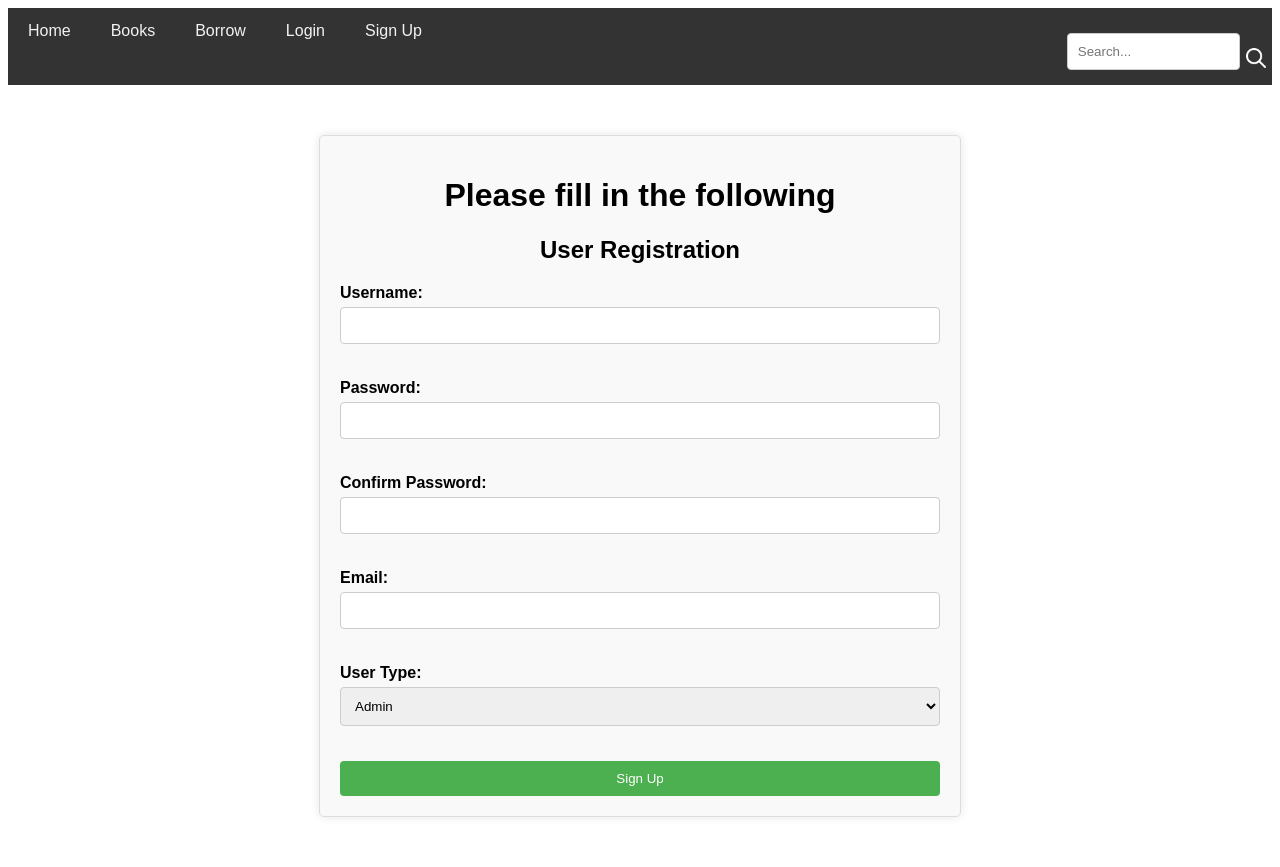
Repository: fadyesk12/Web-Technology-Course-Project
Page: auth/signup.html
These files come from the project's save history. The page is drawn as it stood at one moment and after a run of saves; the edit follows.
The browser window is 1280 px wide. The pictures show the whole page.

Above is the page before, as saved 2024-04-20 03:08:25.

### auth/signup.html
<!DOCTYPE html>
<html lang="en">
     <head>
       <meta charset="UTF-8">
       <meta name="viewport" content="width=device-width, initial-scale=1.0">
       <title>User Registration</title>
       <link rel="stylesheet" href="../Styling/signup.css">
      </head>
      <body>
           <div id="navbar">
             <a href="../index.html">Home</a>
             <a href="../book_list.html">Books</a>
             <a href="../borrow.html">Borrow</a>
             <a href="../auth/login.html">Login</a>
             <a href="../auth/signup.html">Sign Up</a>
             <div class ="search">
               <form action="" method="get">
                 <input type="text" placeholder="Search...">
                 <button type="submit"><img src="../PICS/search.png"></button>
                </form>
              </div>
            </div>

            <div class="container">
             <h1>Please fill in the following</h1>
             <h2>User Registration</h2>
             <form id="userForm">
               <div class="form-group">
                 <label for="username">Username:</label>
                 <input type="text" id="username" name="username" required>
               </div>
               <div class="form-group">
                 <label for="password">Password:</label>
                 <input type="password" id="password" name="password" required>
               </div>
               <div class="form-group">
                 <label for="confirmPassword">Confirm Password:</label>
                 <input type="password" id="confirmPassword" name="confirmPassword" required>
               </div>
               <div class="form-group">
                 <label for="email">Email:</label>
                 <input type="email" id="email" name="email" required>
               </div>
               <div class="form-group">
                 <label for="usertype">User Type:</label>
                 <select id="usertype" name="usertype" required>
                   <option value="admin">Admin</option>
                   <option value="user">User</option>
                 </select>
               </div>
               <input type="submit" value="Sign Up">
             </form>
           </div>
           <script src="../JavaScript/signup.js"></script>
       </body>
</html>

### Styling/signup.css
#navbar {
    overflow: hidden;
    background-color: #333;
  }

  #navbar a {
    float: left;
    display: block;
    color: #f2f2f2;
    text-align: center;
    padding: 14px 20px;
    text-decoration: none;
  }

  #navbar a:hover {
    background-color: #ddd;
    color: black;
  }

  body {
    font-family: Arial, sans-serif;
  }

  .container {
    max-width: 600px;
    margin: 50px auto;
    padding: 20px;
    border: 1px solid #ddd;
    border-radius: 5px;
    background-color: #f9f9f9;
    box-shadow: 0 0 10px rgba(0, 0, 0, 0.1);
  }

  .form-group {
    margin-bottom: 20px;
  }

  label {
    display: block;
    font-weight: bold;
    margin-bottom: 5px;
  }

  h1, h2 {
    text-align: center;
  }

  form {
    margin-top: 20px;
  }


  input[type="text"],
  input[type="password"],
  input[type="email"],
  select {
    width: 100%;
    padding: 10px;
    margin-bottom: 15px;
    border: 1px solid #ccc;
    border-radius: 4px;
    box-sizing: border-box;
  }

  input[type="submit"] {
    width: 100%;
    background-color: #4CAF50;
    color: #fff;
    padding: 10px 20px;
    border: none;
    border-radius: 4px;
    cursor: pointer;
  }

  input[type="submit"]:hover {
    background-color: #45a049;
  }

  .search{
    margin-top: 5px;
    float:right;
    }

   .search input{
    width:75%;
    }

   .search img{
    width: 20px;
    }

   .search button{
    background-color: #333;
    border: 0;
    }

    .search form{
        display: flex;
        align-items: center;
        justify-content: right;
      }

### JavaScript/signup.js
document.addEventListener('DOMContentLoaded', function() {
  // Get the form element
  var form = document.getElementById('userForm');

  // Attach an event listener for the form submission
  form.addEventListener('submit', function(event) {
      event.preventDefault();

      // Get the username and user type from the form
      var userName = document.getElementById('username').value;
      var userType = document.getElementById('usertype').value;

      // Create an object to store the user's information
      var userInfo = {
          userName: userName,
          userType: userType
      };

      // Retrieve the existing user information array from local storage
      var storedUserInfoArray = JSON.parse(localStorage.getItem('userInfoArray')) || [];

      // Add the new user information to the array
      storedUserInfoArray.push(userInfo);

      // Convert the updated array to a JSON string
      var userInfoArrayString = JSON.stringify(storedUserInfoArray);

      // Store the updated array in local storage
      localStorage.setItem('userInfoArray', userInfoArrayString);

      alert('Your name and user type have been saved: ' + userName);

      // Clear the form after submission
      form.reset();
  });
});

After the next 3 saves:
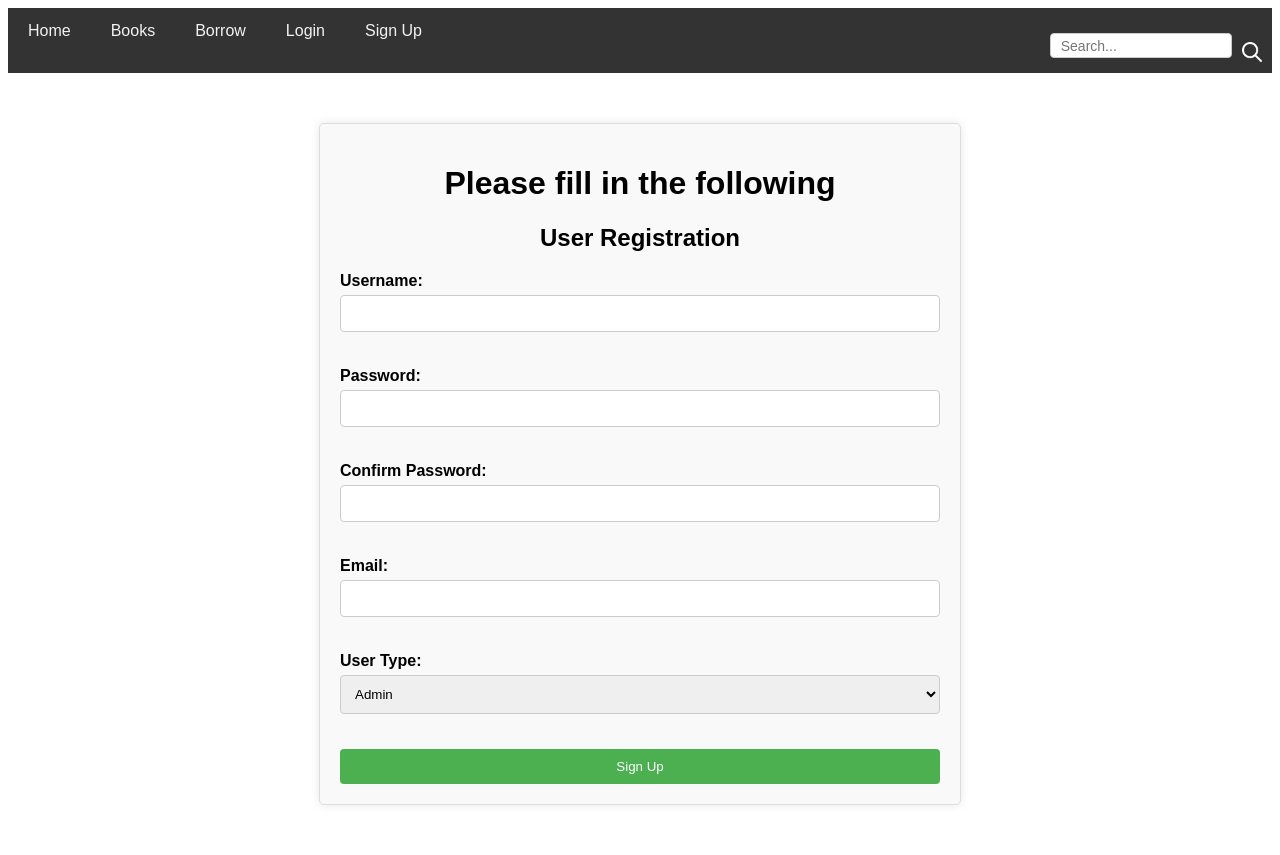
The 3 saves are shown as one change because they came seconds apart.
The last was saved 16 s later.
--- a/Styling/signup.css
+++ b/Styling/signup.css
@@ -76,26 +76,36 @@
     background-color: #45a049;
   }
 
-  .search{
+
+  .search {
     margin-top: 5px;
-    float:right;
-    }
+    float: right;
+}
 
-   .search input{
-    width:75%;
-    }
+.search input {
+    width: 75%;
+    /* Reduce the height of the input field */
+    height: 25px; /* Adjust as needed */
+    /* Reduce the font size of the input field */
+    font-size: 14px; /* Adjust as needed */
+}
 
-   .search img{
+.search img {
     width: 20px;
-    }
+    /* Adjust the height of the image if necessary */
+}
 
-   .search button{
+.search button {
     background-color: #333;
     border: 0;
-    }
+    /* Reduce the height of the button */
+    height: 25px; /* Adjust as needed */
+    /* Add padding to the button */
+    padding: 0 10px; /* Adjust as needed */
+}
 
-    .search form{
-        display: flex;
-        align-items: center;
-        justify-content: right;
-      }
+.search form {
+    display: flex;
+    align-items: center;
+    justify-content: flex-end;
+}
